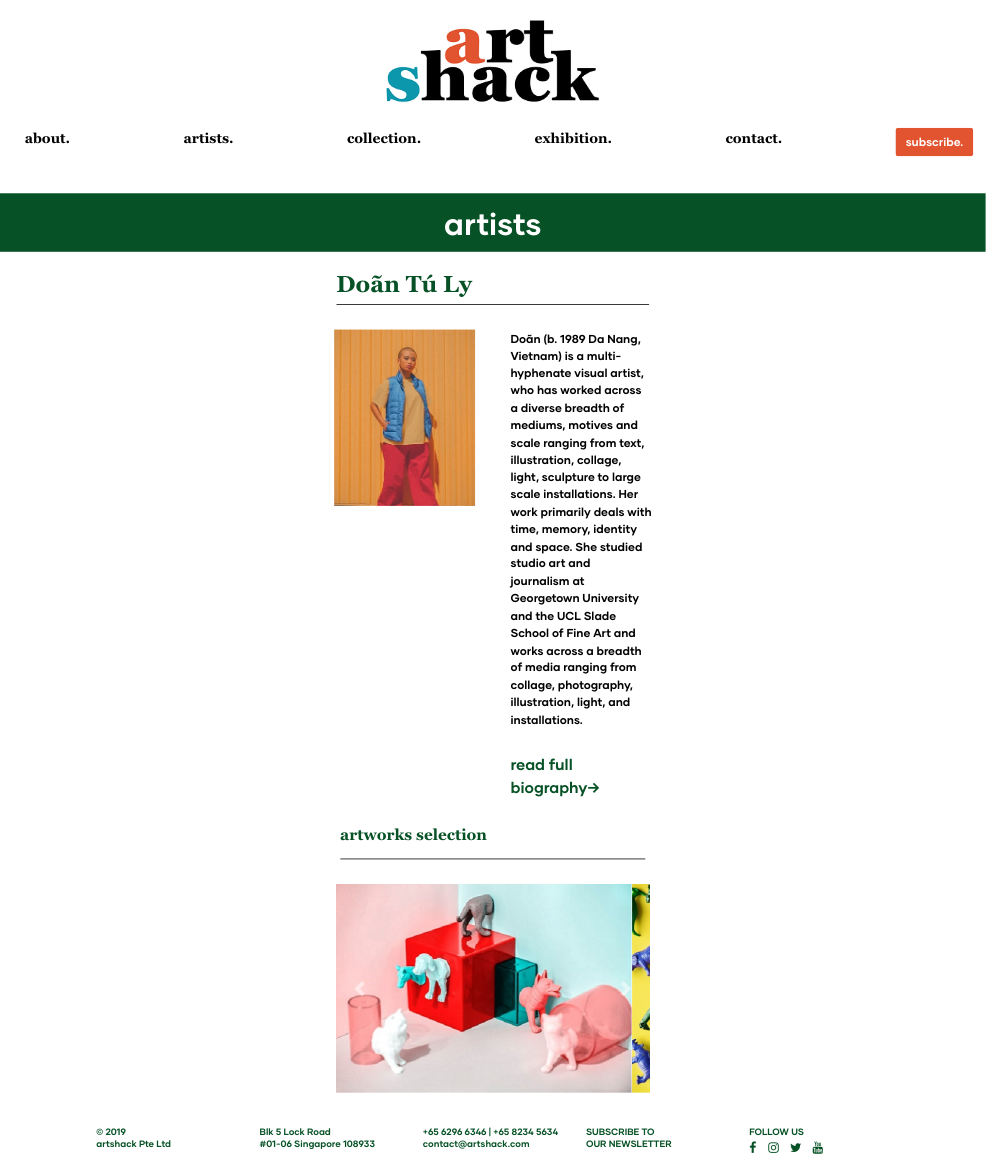
Repository: lynette-lyf/artshack
Page: doantuly.html
The author's editor kept a record of every edit. The page is drawn from the files as they stood at one moment, then again after the next edit.
The browser window is 1280 px wide. The page is 1295 px wide, so the pictures cover 1295 px, including what lies to the right of the window. The pictures show the whole page, at 77% of full size.

Above is the page before.
Not found: artists.css

After the next edit:
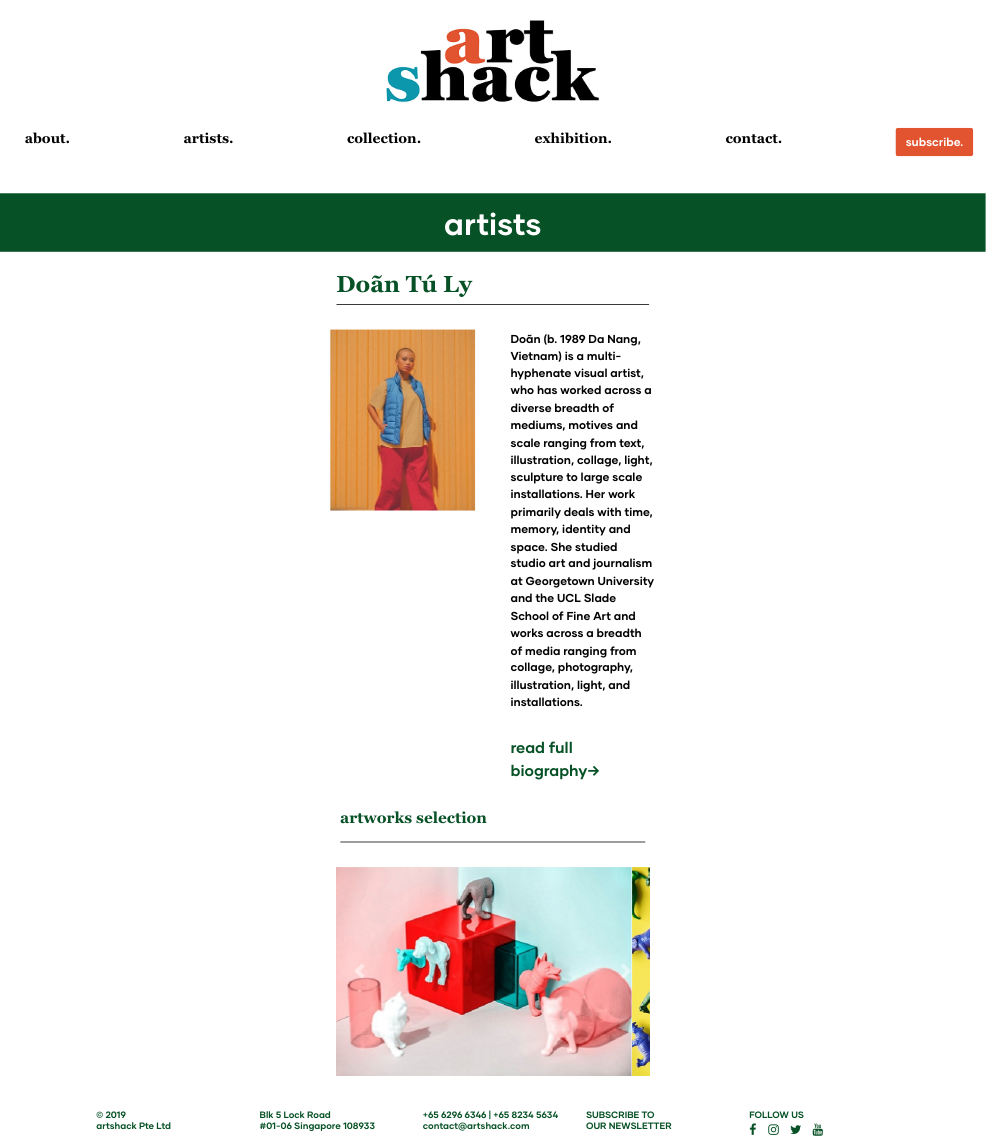
The edit:
--- a/doantuly.html
+++ b/doantuly.html
@@ -342,7 +342,7 @@
 <div class="col col-xl-4 col-lg-8 col-md-10 col-sm-12 mx-2 my-2"><h1 id="D">Doãn Tú Ly</h1><hr></div>
 </div>
 
-<div class="row justify-content-center mx-auto">
+<div class="row justify-content-center">
 <div class="col col-xl-2 col-lg-4 col-md-5 col-sm-12 mx-2 my-2"><img class="img-fluid" src="images/artist1.jpg"></div>
 <div class="col col-xl-2 col-lg-4 col-md-5 col-sm-12 mx-2 my-2"><p>Doãn (b. 1989 Da Nang, Vietnam) is a multi-hyphenate visual artist,
 who has worked across a diverse breadth of mediums, motives and scale ranging from text,
